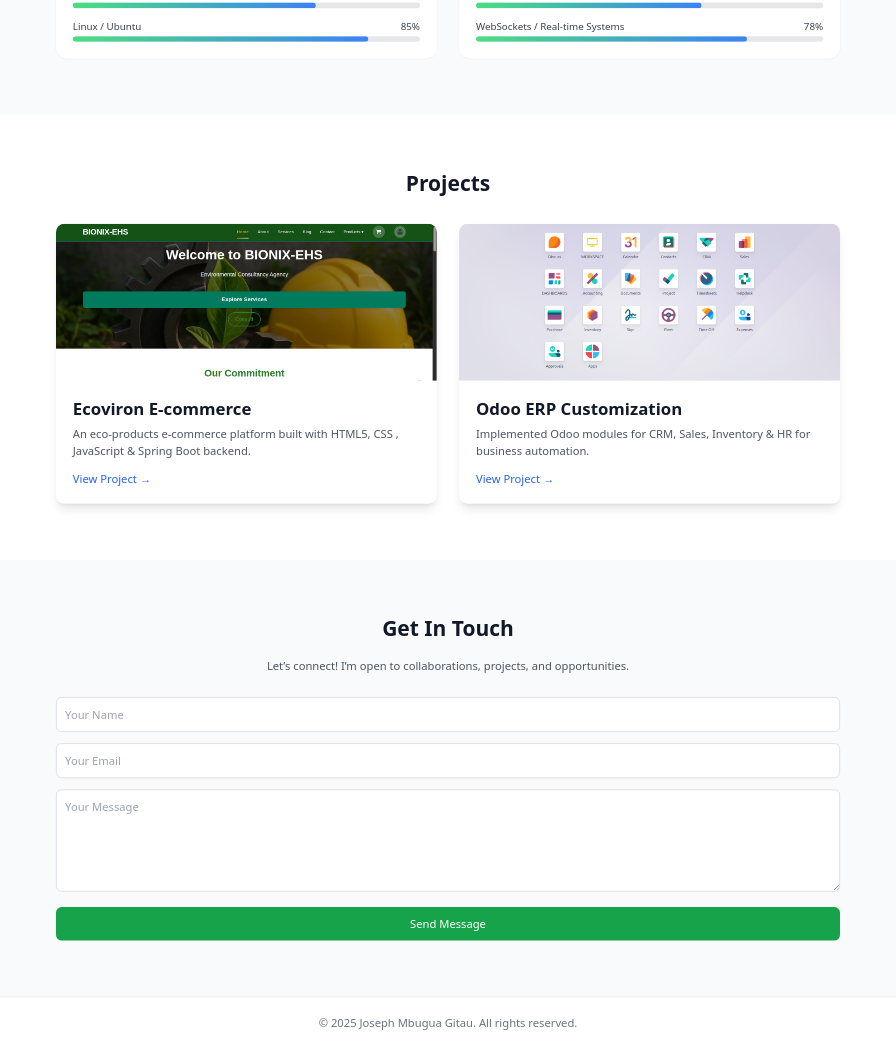
Repository: mbuguag/Portfolio
Page: /
The author's editor kept a copy of each file at every save. The page is drawn from the files as they stood at one save, then again after the next save.
The browser window is 1280 px wide. The pictures show the part of the page from y = 1804 to 3724 px (the page is 3301 px tall before and 4089 px after), at 70% of full size.
The project was rebuilt for these pictures with package versions that can differ from the ones it lists, and the page was loaded fresh each time. Also part of the build but not shown: vite.config.js.

Above is the page before, as saved 2025-10-24 11:53:46.

After the next save:
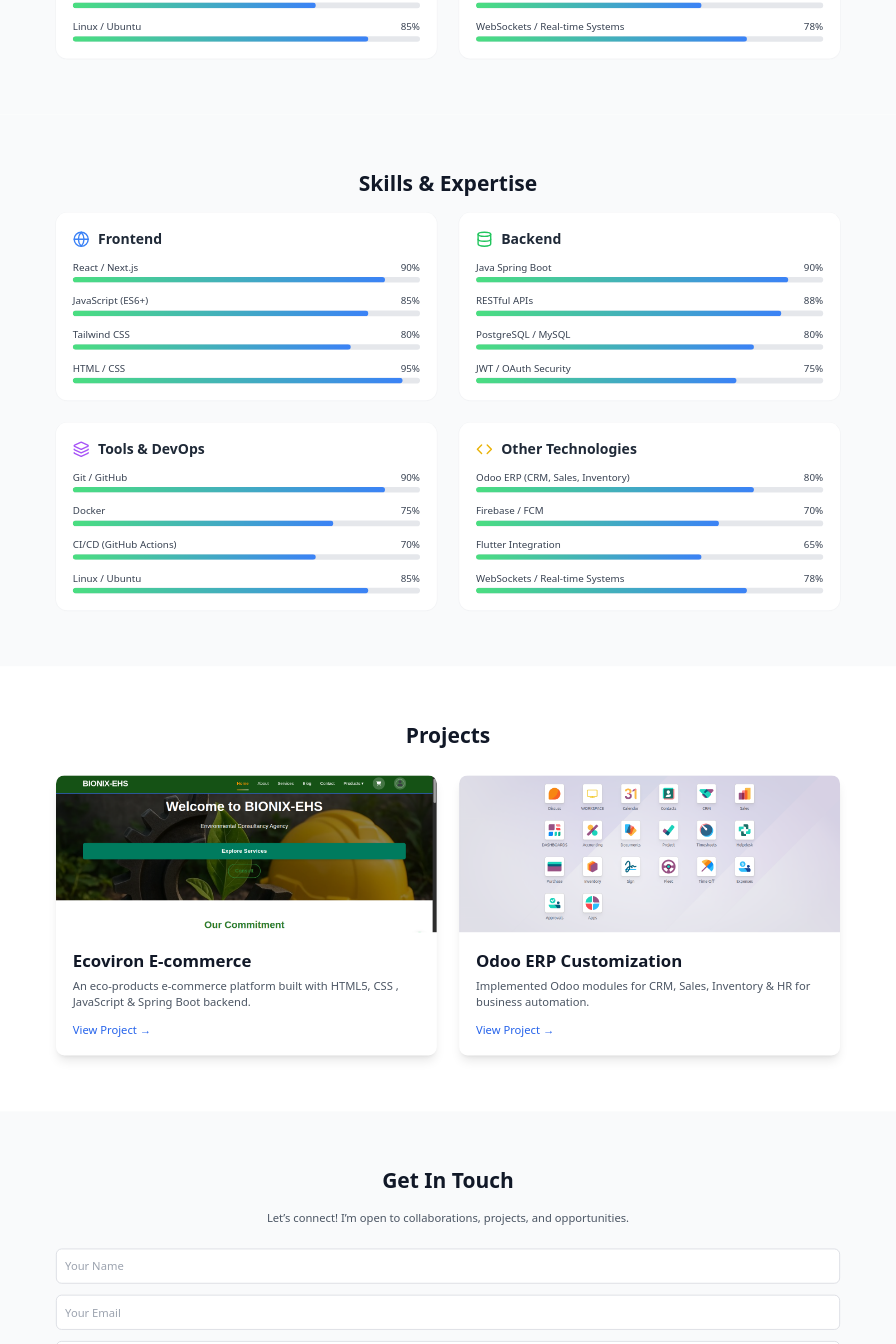
Saved 15 s later.
--- a/src/App.jsx
+++ b/src/App.jsx
@@ -15,7 +15,7 @@ export default function App() {
         <Hero />
         <About />
         <Skills />
-
+        <Skills />
         <Projects />
         <Contact />
       </main>
